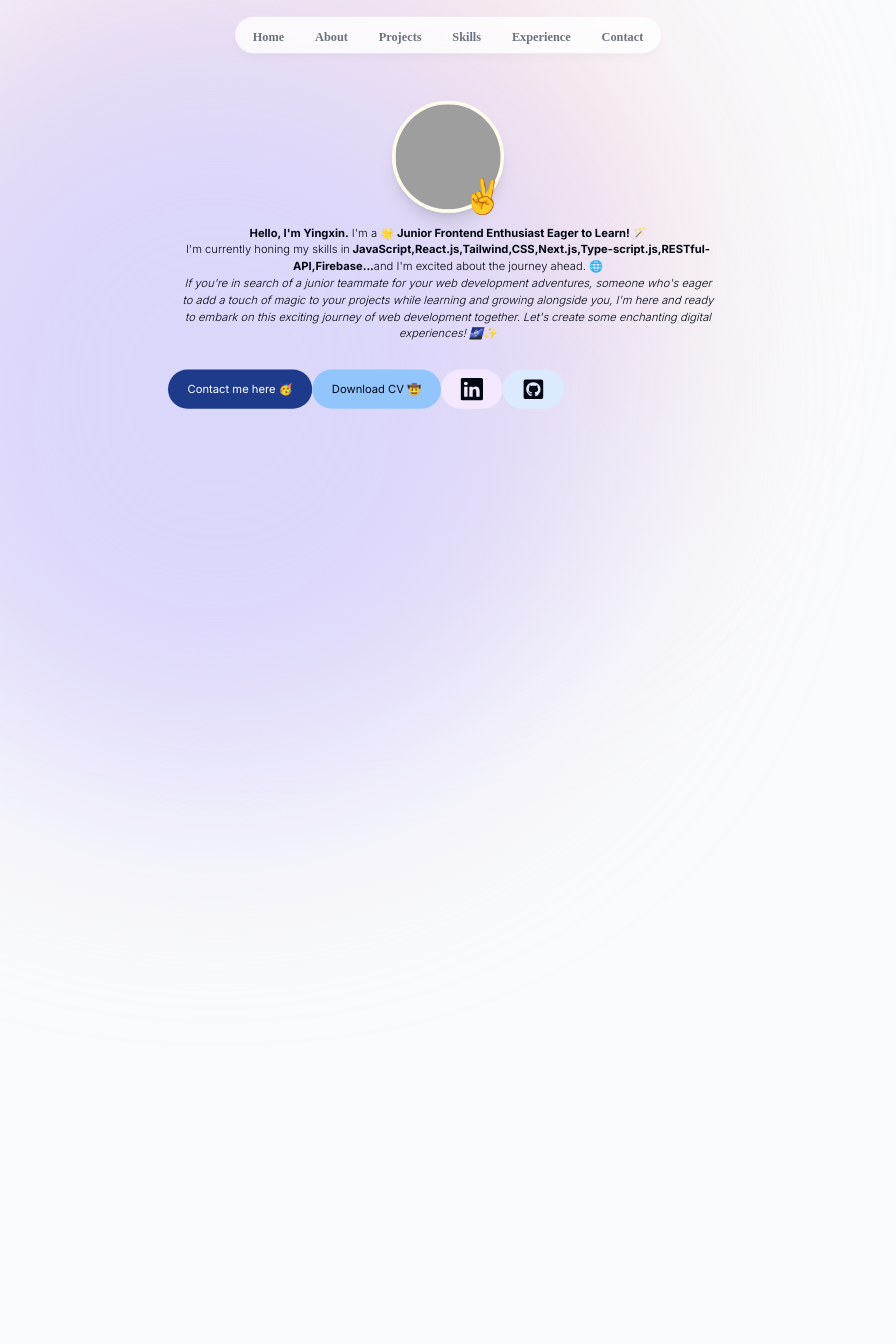
Repository: Tracy-maker/portfolio_website
Page: /
These files come from the project's save history. The page is drawn as it stood at one moment and after the next save; the edit follows.
The browser window is 1280 px wide. The pictures show the part of the page from y = 0 to 1920 px (the page is 5000 px tall), at 70% of full size.
Pictures or frames that could not be fetched are drawn as grey boxes. The project was rebuilt for these pictures with package versions that can differ from the ones it lists, and the page was loaded fresh each time. The framework's server and built-in components were replaced by stand-ins that run in the browser. Also part of the build but not shown: next.config.js.

Above is the page before, as saved 2023-10-06 11:31:24.

### app/layout.tsx
import Header from "@/components/header";
import "./globals.css";
import type { Metadata } from "next";
import { Inter } from "next/font/google";

const inter = Inter({ subsets: ["latin"] });

export const metadata: Metadata = {
  title: "Yingxin_Zhang | Portfolio",
  description: "Yingxin_Zhang is a front-end developer",
};

export default function RootLayout({
  children,
}: {
  children: React.ReactNode;
}) {
  return (
    <html lang="en">
      <body
        className={`${inter.className} bg-gray-50 text-gray-950 relative h-[5000px] pt-28 sm:pt-36`}
      >
        <div className="bg-[#fbe2e3] absolute top-[-6rem] -z-10 right-[21rem] h-[56.25rem] w-[31.25rem] rounded-full blur-[10rem] sm:w-[68.75rem]"></div>
        <div className="bg-[#dbd7fb] absolute top-[-1rem] -z-10 left-[-45rem] h-[71.25rem] w-[-30rem] rounded-full blur-[10rem] sm:w-[68.75rem] md:left-[-33rem] lg:left-[-28rem] xl:left-[-15rem] 2xl:left-[-5rem]"></div>
        <Header />
        {children}
      </body>
    </html>
  );
}

### app/page.tsx
import Intro from "@/components/intro";
import Image from "next/image";

export default function Home() {
  return (
    <main className="flex flex-col items-center">
      <Intro />
    </main>
  );
}

### components/header.tsx
"use client";
import { motion } from "framer-motion";
import { links } from "@/lib/data";
import Link from "next/link";


export default function Header() {
  return (
    <header className="z-[999] relative">
      <motion.div
        className="fixed top-0 left-1/2 h-[4.5rem] w-full
        rounded-none border border-white border-opacity-40
        bg-white bg-opacity-80 shadow-lg shadow-black/[0.03]
        backdrop-blur-[0.5rem] sm:top-6 sm:h-[3.25rem] sm:w-[38rem] sm:rounded-full"
        initial={{ y: -100, x: "-50%", opacity: 0 }}
        animate={{ y: 0, x: "-50%", opacity: 1 }}
      ></motion.div>

      <nav className="flex font-custom fixed top-[0.15rem] left-1/2 h-12 -translate-x-1/2 py-2 sm:top-[1.7rem] sm:h-[initial] sm:py-0">
        <ul className="flex w-[22rem] flex-wrap items-center justify-center gap-y-1 text-[1.1rem] font-bold text-gray-500 sm:w-[initial] sm:flex-nowrap sm:gap-5">
          {links.map((link) => (
            <motion.li
              className="h-3/4 flex items-center justify-center relative"
              key={link.hash}
              initial={{ y: -100, opacity: 0 }}
              animate={{ y: 0, opacity: 1 }}
            >
              <Link
                className="flex w-full items-center justify-center px-3 py-3 hover:text-gray-950 transition"
                href={link.hash}
              >
                {link.name}
              </Link>
            </motion.li>
          ))}
        </ul>
      </nav>
    </header>
  );
}

### components/intro.tsx
"use client";

import Image from "next/image";
import React from "react";
import { motion } from "framer-motion";
import Link from "next/link";
import { BsLinkedin } from "react-icons/bs";
import { FaGithubSquare } from "react-icons/fa";

export default function Intro() {
  return (
    <section className="mb-28 max-w-[50rem] text-center sm:mb-0 scroll-mt-[100rem]">
      <div className="flex items-center justify-center">
        <div className="relative">
          <motion.div
            initial={{ opacity: 0, scale: 0 }}
            animate={{ opacity: 1, scale: 1 }}
            transition={{
              type: "tween",
              duration: 0.2,
            }}
          >
            <Image
              src="https://i.ibb.co/MRHHtS5/Wechat-IMG7.jpg"
              alt="Personal image"
              width="300"
              height="300"
              quality="90"
              priority={true}
              className="h-40 w-40 rounded-full object-cover border-[0.35rem] border-amber-50 shadow-xl"
            />
          </motion.div>

          <motion.span
            className="absolute bottom-0 right-0 text-5xl"
            initial={{ opacity: 0, scale: 0 }}
            animate={{ opacity: 1, scale: 1 }}
            transition={{
              type: "spring",
              stiffness: 125,
              delay: 0.1,
              duration: 0.7,
            }}
          >
            ✌️
          </motion.span>
        </div>
      </div>
      <motion.h6
        className="mb-10 mt-4 px-4 text-s font-light !leading-[1.5] sm:text-m"
        initial={{ opacity: 0, y: 100 }}
        animate={{ opacity: 1, y: 0 }}
      >
        <span className="font-bold">Hello, I'm Yingxin.</span> I'm a{" "}
        <span className="font-bold">
          🌟 Junior Frontend Enthusiast Eager to Learn! 🪄
        </span>
        <br />
        I'm currently honing my skills in
        <span className="font-bold">
          {" "}
          JavaScript,React.js,Tailwind,CSS,Next.js,Type-script.js,RESTful-API,Firebase...
        </span>
        and I'm excited about the journey ahead. 🌐
        <br />
        <span className="italic">
          If you're in search of a junior teammate for your web development
          adventures, someone who's eager to add a touch of magic to your
          projects while learning and growing alongside you, I'm here and ready
          to embark on this exciting journey of web development together. Let's
          create some enchanting digital experiences! 🌌✨
        </span>
      </motion.h6>

      <div className="flex flex-col sm:flex-row">
        <Link
          href="#contact"
          className="bg-blue-900 text-white px-7 py-3 flex items-center gap-2 rounded-full"
        >
          Contact me here 🥳
        </Link>
        <a className="bg-blue-300 px-7 py-3 flex items-center gap-2 rounded-full">
          Download CV 🤠
        </a>
        <a className="bg-purple-100 px-7 py-3 flex items-center gap-2 rounded-full text-[2rem]">
          <BsLinkedin />
        </a>
        <a className="bg-blue-100 px-7 py-3 flex items-center gap-2 rounded-full text-[2rem]">
          <FaGithubSquare />
        </a>
      </div>
    </section>
  );
}

### lib/data.ts
import React from "react";
import { CgWorkAlt } from "react-icons/cg";
import { FaReact } from "react-icons/fa";
import { LuGraduationCap } from "react-icons/lu";
import p1Img from "@/public/p1.png";
import p2Img from "@/public/p2.png";
import p3Img from "@/public/p3.png";

export const links = [
  {
    name: "Home",
    hash: "#home",
  },
  {
    name: "About",
    hash: "#about",
  },
  {
    name: "Projects",
    hash: "#projects",
  },
  {
    name: "Skills",
    hash: "#skills",
  },
  {
    name: "Experience",
    hash: "#experience",
  },
  {
    name: "Contact",
    hash: "#contact",
  },
] as const;

export const experiencesData = [
  {
    title: "Graduated bootcamp",
    location: "Miami, FL",
    description:
      "I graduated after 6 months of studying. I immediately found a job as a front-end developer.",
    icon: React.createElement(LuGraduationCap),
    date: "2019",
  },
  {
    title: "Front-End Developer",
    location: "Orlando, FL",
    description:
      "I worked as a front-end developer for 2 years in 1 job and 1 year in another job. I also upskilled to the full stack.",
    icon: React.createElement(CgWorkAlt),
    date: "2019 - 2021",
  },
  {
    title: "Full-Stack Developer",
    location: "Houston, TX",
    description:
      "I'm now a full-stack developer working as a freelancer. My stack includes React, Next.js, TypeScript, Tailwind, Prisma and MongoDB. I'm open to full-time opportunities.",
    icon: React.createElement(FaReact),
    date: "2021 - present",
  },
] as const;

export const projectsData = [
  {
    title: "CorpComment",
    description:
      "I worked as a full-stack developer on this startup project for 2 years. Users can give public feedback to companies.",
    tags: ["React", "Next.js", "MongoDB", "Tailwind", "Prisma"],
    imageUrl: p1Img,
  },
  {
    title: "rmtDev",
    description:
      "Job board for remote developer jobs. I was the front-end developer. It has features like filtering, sorting and pagination.",
    tags: ["React", "TypeScript", "Next.js", "Tailwind", "Redux"],
    imageUrl: p2Img,
  },
  {
    title: "Word Analytics",
    description:
      "A public web app for quick analytics on text. It shows word count, character count and social media post limits.",
    tags: ["React", "Next.js", "SQL", "Tailwind", "Framer"],
    imageUrl: p3Img,
  },
] as const;

export const skillsData = [
  "HTML",
  "CSS",
  "JavaScript",
  "TypeScript",
  "React",
  "Next.js",
  "Git",
  "MUI-material",
  "Tailwind",
  "REST-API",
  "PostgreSQL",
  "Framer Motion",
] as const;

### tailwind.config.ts
import type { Config } from 'tailwindcss'

const config: Config = {
  content: [
    './pages/**/*.{js,ts,jsx,tsx,mdx}',
    './components/**/*.{js,ts,jsx,tsx,mdx}',
    './app/**/*.{js,ts,jsx,tsx,mdx}',
  ],
  theme: {
    extend: {
      backgroundImage: {
        'gradient-radial': 'radial-gradient(var(--tw-gradient-stops))',
        'gradient-conic':
          'conic-gradient(from 180deg at 50% 50%, var(--tw-gradient-stops))',
      },
      fontFamily: {
        custom: ["Gabarito", "cursive"],
      },
    },
  },
  plugins: [],
}
export default config

Loaded but not shown: app/globals.css (common file)

After the next save:
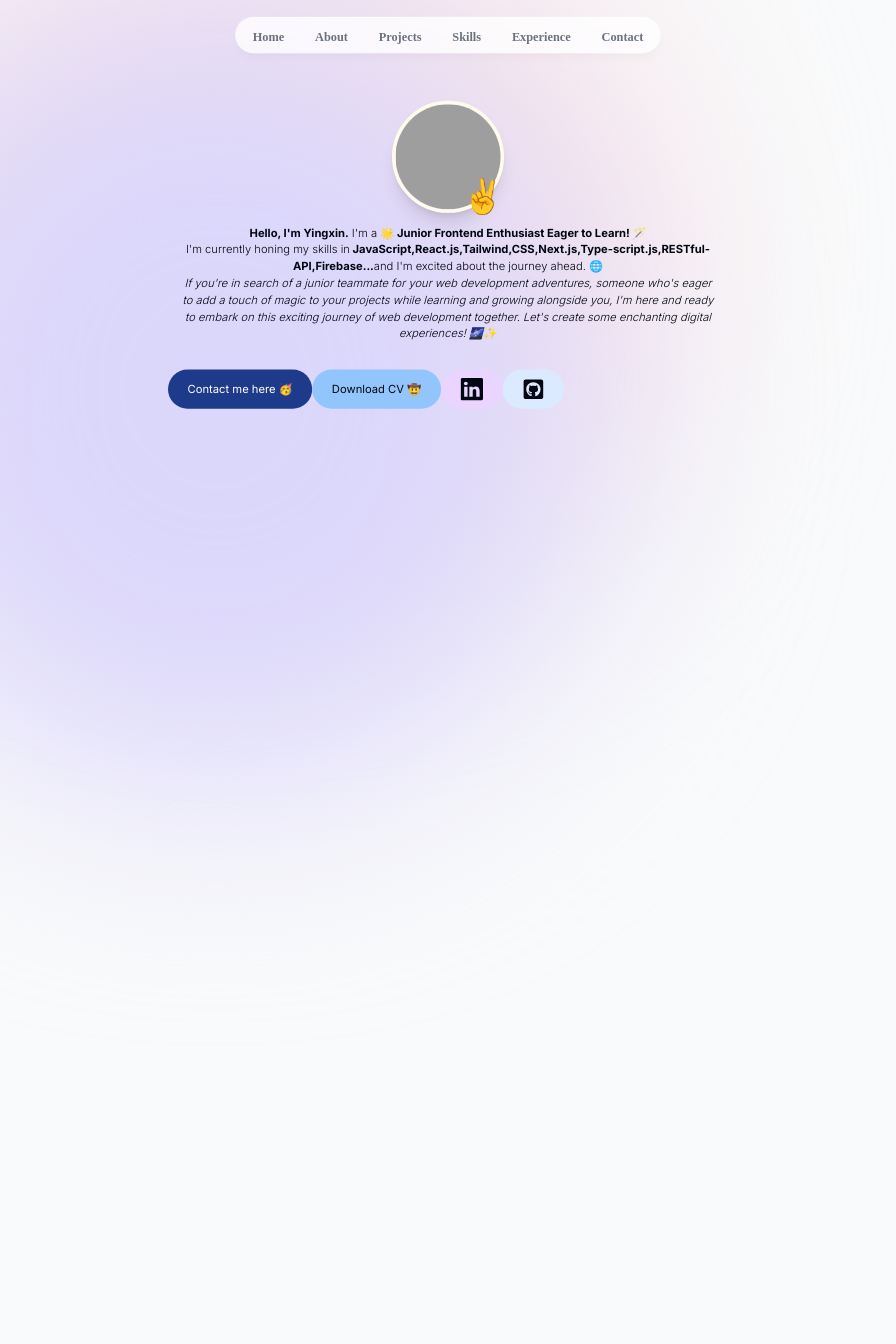
Saved 11 s later.
--- a/components/intro.tsx
+++ b/components/intro.tsx
@@ -82,7 +82,7 @@ export default function Intro() {
         <a className="bg-blue-300 px-7 py-3 flex items-center gap-2 rounded-full">
           Download CV 🤠
         </a>
-        <a className="bg-purple-100 px-7 py-3 flex items-center gap-2 rounded-full text-[2rem]">
+        <a className="bg-purple-200 px-7 py-3 flex items-center gap-2 rounded-full text-[2rem]">
           <BsLinkedin />
         </a>
         <a className="bg-blue-100 px-7 py-3 flex items-center gap-2 rounded-full text-[2rem]">
